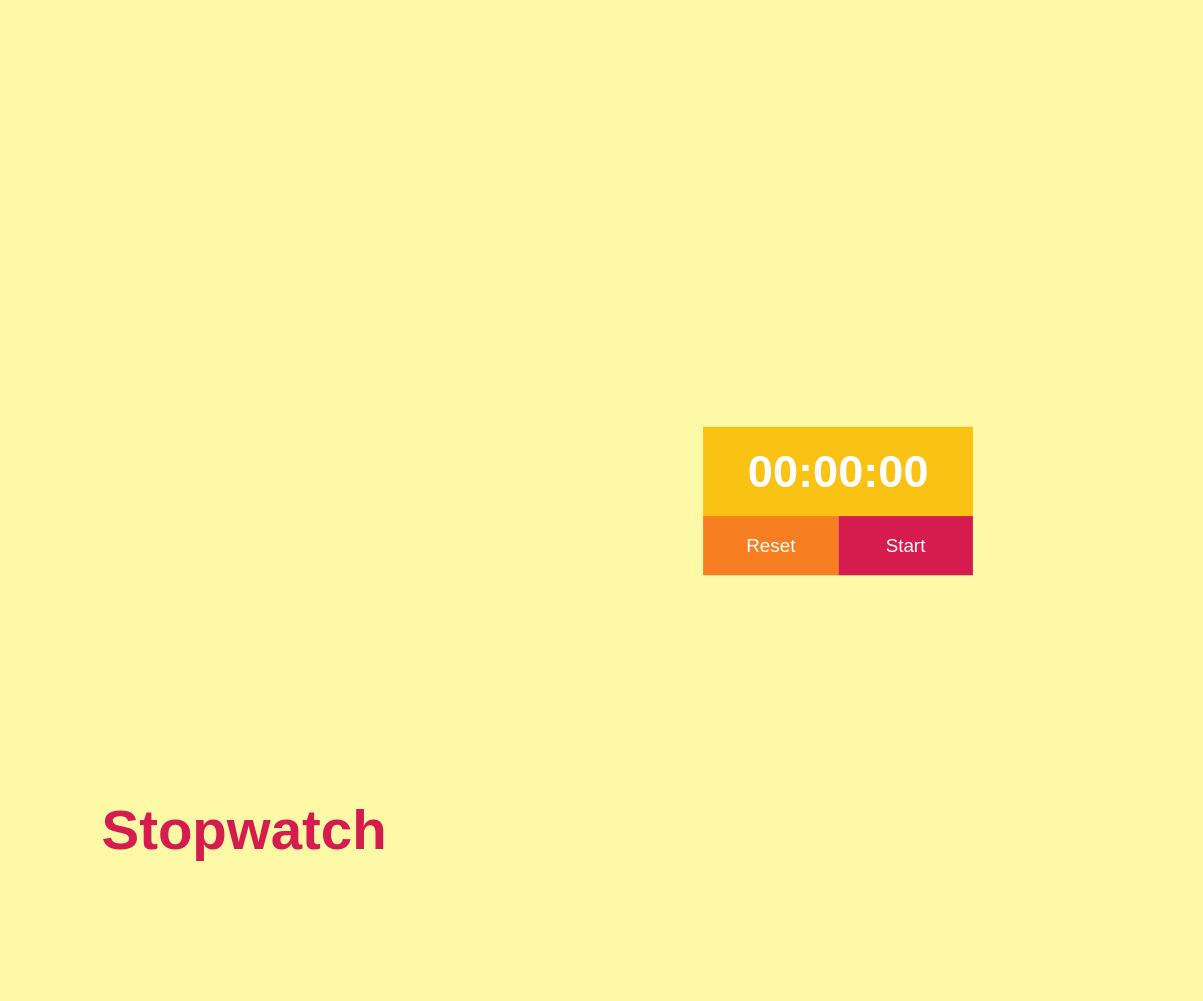
Repository: pilar122/stopwatch
Page: index.html
An editor plug-in stored every save of this project. The page is shown before and after the next save, followed by the edit.
The browser window is 1280 px wide. The pictures show the whole page, at 94% of full size.

Above is the page before, as saved 2022-06-19 13:09:22.

### index.html
<!DOCTYPE html>
<html>
    <head>
        <title>
            Stopwatch
        </title>
        <link href="stopwatch.css" rel="stylesheet">
        <script src="stopwatch.js"></script>
    </head>

    <div class="header">
        <h1>Stopwatch</h1>
    </div>

    <body>

        <div id="stopwatch">
            <!--CURRENT TIME-->
            <div id="sw-time">00:00:00</div> <!-- sw is the time display-->

            <!--CONTROLS-->
            <input type="button" value="Reset" id="sw-rst" disabled/> <!--sw-rst is the reset button * and the disabled means that the buttons are at the moment-->
            <input type="button" value="Start" id="sw-go" disabled/> <!--sw-go is the start & stop button-->
        </div>
    </body>
</html>

### stopwatch.css
/* (A) CONTAINER */
#stopwatch {
    display: flex;
    flex-wrap: wrap;
    max-width: 400px;
    margin: 0 auto;
  }

  /* (B) TIME */
  #sw-time {
    width: 100%;
    padding: 20px 0;
    font-size: 48px;
    font-weight: bold;
    text-align: center;
    background: #FAC213;
    color: #fff;
  }

  /* (C) BUTTONS */
  #sw-rst, #sw-go {
    box-sizing: border-box;
    width: 50%;
    cursor: pointer;
    padding: 20px 0;
    border: 0;
    color: #fff;
    font-size: 20px;
  }
  #sw-rst { background-color: #F77E21; }
  #sw-go { background-color: #D61C4E; }

  /* (X) DOES NOT MATTER */
  /* PAGE & BODY */
  body {
    display: flex;
    align-items: center; justify-content: center;
    min-height: 100vh;
    background: #FEF9A7;
    background-repeat: no-repeat;
    background-position: center;
    background-size: cover;
  }
  * { font-family: arial, sans-serif; }

  /* WIDGET */
  .widget-wrap {
    min-width: 450px;
    padding: 30px;
    border-radius: 20px;
    background: rgba(255, 255, 255, 0.4);
  }

  .header {
    padding: 100px;
    text-align: center;
    color: #D61C4E;
    font-size: 30px;
    margin-top: 700px;
  }

  /* HEADER */
  h1 { text-align: center; }
  #code-boxx {
    width: 100%;
    margin-top: 30px;
    text-align: center;
  }

  /* FOOTER */
  #code-boxx {
    font-weight: 600;
    margin-top: 30px;
  }
  #code-boxx a {
    display: inline-block;
    padding: 5px;
    text-decoration: none;
    background: #d3adad;
    color: #fff;
  }

### stopwatch.js
var sw = {
    // (A) PROPERTIES
    etime : null, // html time display
    erst : null, // html reset button
    ego : null, // html start/stop button
    timer : null, // timer object
    now : 0, // current elapsed time

    // (B) INITIALIZE
    init : () => {
      // (B1) GET HTML ELEMENTS
      sw.etime = document.getElementById("sw-time");
      sw.erst = document.getElementById("sw-rst");
      sw.ego = document.getElementById("sw-go");

      // (B2) ENABLE BUTTON CONTROLS
      sw.erst.onclick = sw.reset;
      sw.ego.onclick = sw.start;
      sw.erst.disabled = false;
      sw.ego.disabled = false;
    },

    // (C) START!
    start : () => {
      sw.timer = setInterval(sw.tick, 1000);
      sw.ego.value = "Stop";
      sw.ego.onclick = sw.stop;
    },

    // (D) STOP
    stop : () => {
      clearInterval(sw.timer);
      sw.timer = null;
      sw.ego.value = "Start";
      sw.ego.onclick = sw.start;
    },

    // (E) TIMER ACTION
    tick : () => {
      // (E1) CALCULATE HOURS, MINS, SECONDS
      sw.now++;
      let hours = 0, mins = 0, secs = 0,
      remain = sw.now;
      hours = Math.floor(remain / 3600);
      remain -= hours * 3600;
      mins = Math.floor(remain / 60);
      remain -= mins * 60;
      secs = remain;

      // (E2) UPDATE THE DISPLAY TIMER
      if (hours<10) { hours = "0" + hours; }
      if (mins<10) { mins = "0" + mins; }
      if (secs<10) { secs = "0" + secs; }
      sw.etime.innerHTML = hours + ":" + mins + ":" + secs;
    },

    // (F) RESET
    reset : () => {
      if (sw.timer != null) { sw.stop(); }
      sw.now = -1;
      sw.tick();
    }
  };
  window.addEventListener("load", sw.init);

After the next save:
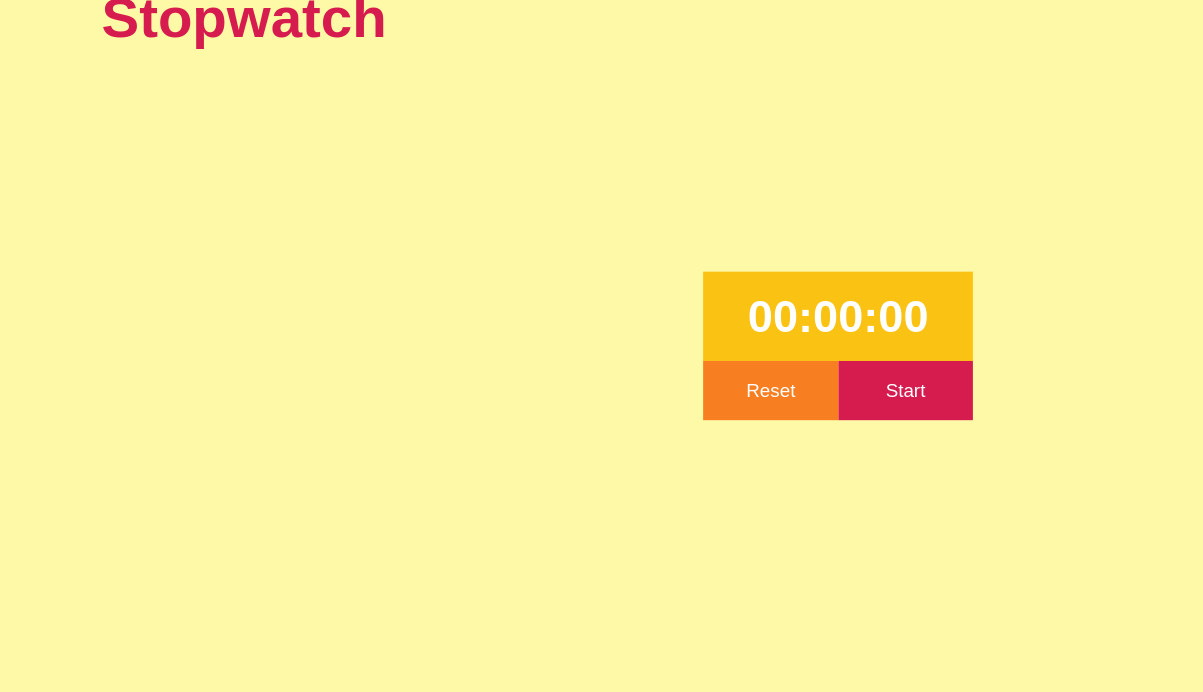
Saved 8 s later.
--- a/stopwatch.css
+++ b/stopwatch.css
@@ -56,7 +56,7 @@
     text-align: center;
     color: #D61C4E;
     font-size: 30px;
-    margin-top: 700px;
+    margin-top: -700px;
   }
 
   /* HEADER */
